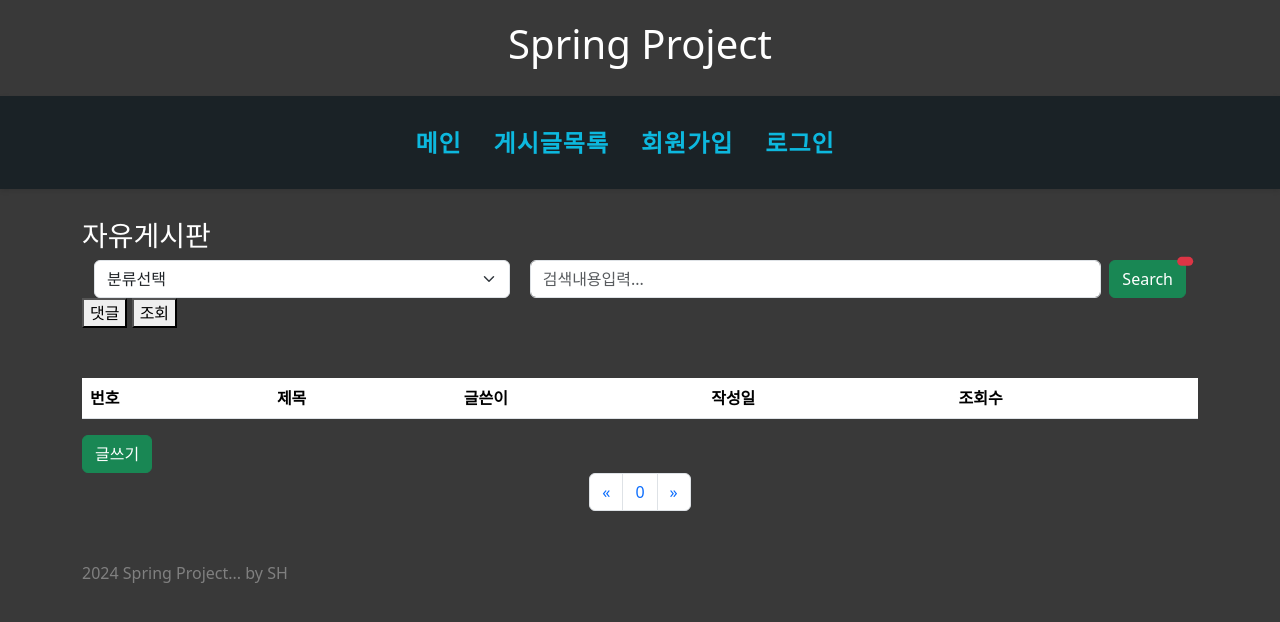
Repository: dtkd19/spring_personal_project
Page: http://localhost/myproject/WEB-INF/views/board/list.jsp
These files come from the project's save history. The page is drawn as it stood at one moment and after the next save; the edit follows.
The browser window is 1280 px wide. The pictures show the whole page.
The page is served by Tomcat 9. Nobody is signed in. Other server files are loaded and not shown. The template is opened directly, without the code that normally fills it, so the values that code supplies are empty.

Above is the page before, as saved 2024-11-08 07:50:49.

### myproject/src/main/webapp/WEB-INF/views/board/list.jsp
<%@ page language="java" contentType="text/html; charset=UTF-8"
    pageEncoding="UTF-8"%>
<%@ taglib uri="http://java.sun.com/jsp/jstl/core" prefix="c"%>

<jsp:include page="../layout/header.jsp" />
<link href="../resources/css/list.css" rel="stylesheet"/>
	<div class="container-md">
	<h3>자유게시판</h3>
	<!-- serach -->
	<div class ="container-fluid" >
	    <form action="/board/list" class="d-flex" role="search" >
	      <select class="form-select" name="type" id="inputGroupSelect01" style="width: 70%; margin-right: 20px ">
		    <option ${ph.pgvo.type == null ? 'selected' : ''  }>분류선택</option>
		    <option value="t" ${ph.pgvo.type eq 't' ? 'selected' : ''  }>제목</option>
		    <option value="w" ${ph.pgvo.type eq 'w' ? 'selected' : ''  }>글쓴이</option>
		    <option value="c" ${ph.pgvo.type eq 'c' ? 'selected' : ''  }>내용</option>
		    <option value="tw"${ph.pgvo.type eq 'tw' ? 'selected' : ''  } >제목 + 글쓴이</option>
		    <option value="wc"${ph.pgvo.type eq 'wc' ? 'selected' : ''  }>글쓴이 + 내용</option>
		    <option value="tc"${ph.pgvo.type eq 'tc' ? 'selected' : ''  }>제목 + 내용</option>
		    <option value="twc"${ph.pgvo.type eq 'twc' ? 'selected' : ''  }>전체</option>
		  </select>

	        <input class="form-control me-2" name="keyword" type="search" placeholder="검색내용입력..." aria-label="Search" value="${ph.pgvo.keyword }">
	        <input type="hidden" name="pageNo" value="1">
	        <input type="hidden" name="qty" value="${ph.pgvo.qty }">
	       <!--  <button class="btn btn-outline-success" type="submit">Search</button> -->
	       <button type="submit" class="btn btn-success position-relative">
	 		 Search
	 		<span class="position-absolute top-0 start-100 translate-middle badge rounded-pill bg-danger">
	    	${ph.totalCount }
	    	<span class="visually-hidden">unread messages</span> </span>
			</button>
      </form>
	</div>
	<div class="sortBtn">
	<button>댓글</button>
	<button>조회</button>
	</div>
	<table class="table table-hover">
		<thead>
			<tr>
				<th scope="col">번호</th>
				<th scope="col">제목</th>
				<th scope="col">글쓴이</th>
				<th scope="col">작성일</th>
				<th scope="col">조회수</th>
			</tr>
		</thead>
		<tbody>
			<c:forEach items="${list }" var="bvo">
				<tr>
					<td>${bvo.bno }</td>
					<td><a href="/board/detail?bno=${bvo.bno } ">${bvo.title }</a>
					<c:if test="${bvo.hasFile > 0 }">
					<svg xmlns="http://www.w3.org/2000/svg" width="16" height="16" fill="currentColor" class="bi bi-link-45deg" viewBox="0 0 16 16">
					  <path d="M4.715 6.542 3.343 7.914a3 3 0 1 0 4.243 4.243l1.828-1.829A3 3 0 0 0 8.586 5.5L8 6.086a1 1 0 0 0-.154.199 2 2 0 0 1 .861 3.337L6.88 11.45a2 2 0 1 1-2.83-2.83l.793-.792a4 4 0 0 1-.128-1.287z"/>
					  <path d="M6.586 4.672A3 3 0 0 0 7.414 9.5l.775-.776a2 2 0 0 1-.896-3.346L9.12 3.55a2 2 0 1 1 2.83 2.83l-.793.792c.112.42.155.855.128 1.287l1.372-1.372a3 3 0 1 0-4.243-4.243z"/>
					</svg>
					</c:if>
					<span style="color: red">[${bvo.cmtQty }]</span>
					</td>
					<td>${bvo.writer } </td>
					<td>${bvo.regDate }</td>
					<td>${bvo.readCount}
				</tr>
			</c:forEach>
		</tbody>
	</table>
	<a href="/board/register"><button type="button" class="btn btn-success">글쓰기</button></a>

	<nav aria-label="Page navigation example">
		<ul class="pagination justify-content-center">
			<li class="page-item ${ph.prev eq false ? 'disabled' : '' }"><a class="page-link" href="/board/list?pageNo=${ph.startPage-1 }&qty=${ph.pgvo.qty}&type=${ph.pgvo.type}&keyword=${ph.pgvo.keyword}"
				aria-label="Previous"> <span aria-hidden="true">&laquo;</span>
			</a></li>
			<c:forEach begin="${ph.startPage }" end="${ph.endPage }" var = "i">
			<li class="page-item ${ph.pgvo.pageNo eq i ? 'active' : '' } "><a class="page-link" href="/board/list?pageNo=${i } &qty=${ph.pgvo.qty}&type=${ph.pgvo.type}&keyword=${ph.pgvo.keyword}">${i }</a></li>
			</c:forEach>
			<li class="page-item ${ph.next eq false ? 'disabled' : '' }"><a class="page-link" href="/board/list?pageNo=${ph.endPage+1 }&qty=${ph.pgvo.qty}&type=${ph.pgvo.type}&keyword=${ph.pgvo.keyword}"
				aria-label="Next"> <span aria-hidden="true">&raquo;</span>
			</a></li>
		</ul>
	</nav>




	</div>

<jsp:include page="../layout/footer.jsp" />

### myproject/src/main/webapp/WEB-INF/views/layout/header.jsp
<%@ page language="java" contentType="text/html; charset=UTF-8"
    pageEncoding="UTF-8"%><%@ taglib uri="http://java.sun.com/jsp/jstl/core" prefix="c"%>

 <%@ taglib uri="http://www.springframework.org/security/tags" prefix="sec" %>

<!DOCTYPE html>
<html>
<head>
<meta charset="UTF-8">
<title>header.jsp</title>
<link href="../resources/css/header.css" rel="stylesheet"/>
<link href="https://cdn.jsdelivr.net/npm/bootstrap@5.3.3/dist/css/bootstrap.min.css" rel="stylesheet" integrity="sha384-QWTKZyjpPEjISv5WaRU9OFeRpok6YctnYmDr5pNlyT2bRjXh0JMhjY6hW+ALEwIH" crossorigin="anonymous">
<script src="https://cdn.jsdelivr.net/npm/bootstrap@5.3.3/dist/js/bootstrap.bundle.min.js" integrity="sha384-YvpcrYf0tY3lHB60NNkmXc5s9fDVZLESaAA55NDzOxhy9GkcIdslK1eN7N6jIeHz" crossorigin="anonymous"></script>
</head>
<body style="background-color: #393939">

<h1 style="text-align: center;" class="pj">
	Spring Project
</h1>
<ul class="nav justify-content-center nbar">
  <li class="nav-item">
    <h4><a class="nav-link active" aria-current="page" href="/">메인</a></h4>
  </li>
  <li class="nav-item">
    <h4> <a class="nav-link" href="/board/list">게시글목록</a></h4>
  </li>
  <sec:authorize access="isAnonymous()">
  <li class="nav-item">
     <h4><a class="nav-link" href="/user/register">회원가입</a></h4>
  </li>
  <li class="nav-item">
    <h4> <a class="nav-link" href="/user/login">로그인</a></h4>
  </li>
  </sec:authorize>

  <sec:authorize access="isAuthenticated()">
  <sec:authentication property="principal.uvo.authList" var="auths"/>
	  <li class="nav-item">
		  <h4> <a class="nav-link" href="/board/register">글쓰기</a></h4>
	  </li>
	  <li class="nav-item">
		  <h4> <a class="nav-link" href="/user/mypage">내정보</a></h4>
	  </li>
	  <c:if test="${auths.stream().anyMatch(authVO -> authVO.auth.equals('ROLE_ADMIN')).get()}">
	    <li class="nav-item">
	       <h4> <a class="nav-link text-danger" href="/user/list">사용자목록</a></h4>
	    </li>
	  </c:if>
	  <li class="nav-item">
		   <h4><a class="nav-link" href="/user/logout">로그아웃</a></h4>
	  </li>
  </sec:authorize>
</ul>

</body>
</html>

### myproject/src/main/webapp/resources/css/header.css
@charset "UTF-8";



.nbar{
	width : 100%;
	padding: 15px 30px;
	background-color: #1A2226;
	color: #ECF0F5;
	box-shadow: 0 2px 5px rgba(0, 0, 0, 0.1);
}

.nbar a{
	  color: #0DB8DE;
	  text-decoration: none;
	  font-weight: bold;
	  letter-spacing: 1px;
	  transition: color 0.3s ease;
	  margin-top: 10px;
}
.nbar a:hover {
    color: #0098C;
}

.container-md{
	margin-top: 30px;
	color: white;
}

.pj{
	padding: 20px;
	color: white;
}

### myproject/src/main/webapp/resources/css/list.css
@charset "UTF-8";

.table {
	margin-top: 50px;
}

Loaded but not shown: myproject/src/main/webapp/WEB-INF/views/layout/footer.jsp (common file)

After the next save:
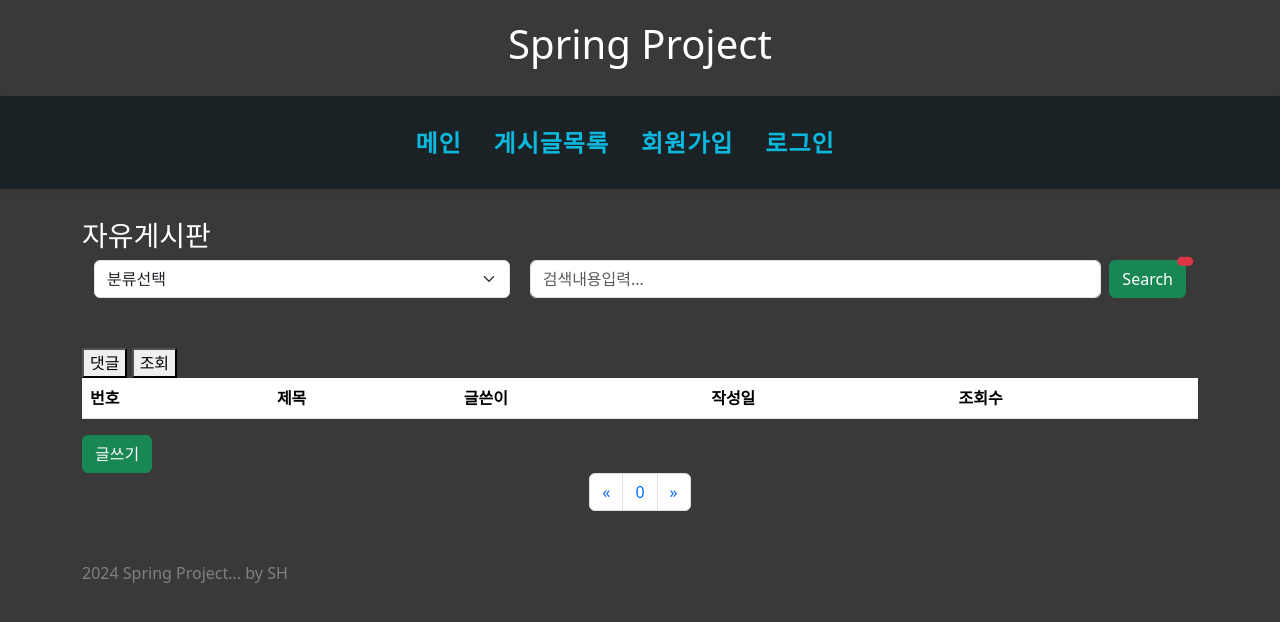
Saved 7 s later.
--- a/myproject/src/main/webapp/resources/css/list.css
+++ b/myproject/src/main/webapp/resources/css/list.css
@@ -1,5 +1,5 @@
 @charset "UTF-8";
 
-.table {
+.sortBtn {
 	margin-top: 50px;
 }
